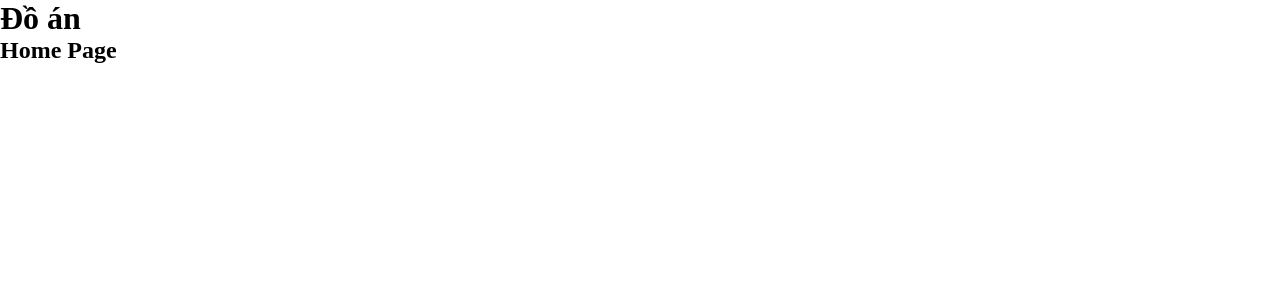
Repository: vophuocthanh/do-an
Page: index.html
The author's editor kept a copy of each file at every save. The page is drawn from the files as they stood at one save, then again after a run of saves.
The browser window is 1280 px wide. The pictures show the whole page.

Above is the page before, as saved 2023-04-19 09:02:44.

After the next 2 saves:
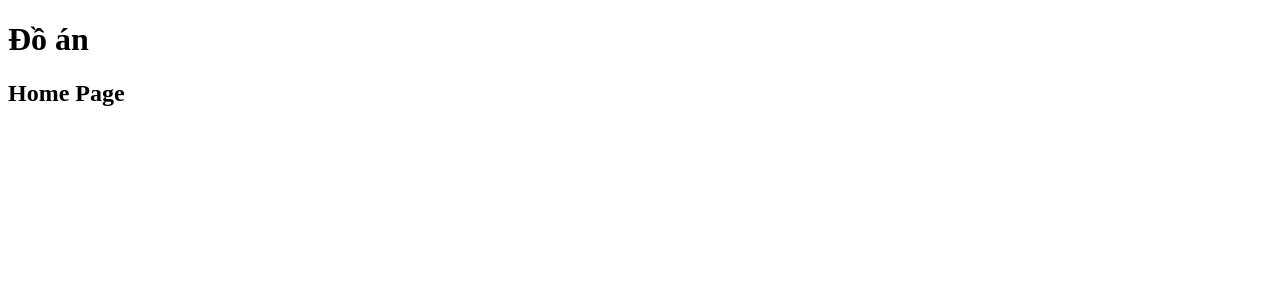
The 2 saves are shown as one change because they came seconds apart.
The last was saved 22 min 12 s later.
--- a/index.html
+++ b/index.html
@@ -5,7 +5,7 @@
     <meta http-equiv="X-UA-Compatible" content="IE=edge" />
     <meta name="viewport" content="width=device-width, initial-scale=1.0" />
     <title>Đồ án😊</title>
-    <link rel="stylesheet" href="./assets/css/styles.css" />
+    <!-- <link rel="stylesheet" href="./assets/css/styles.css" /> -->
   </head>
   <body>
     <h1>Đồ án</h1>
